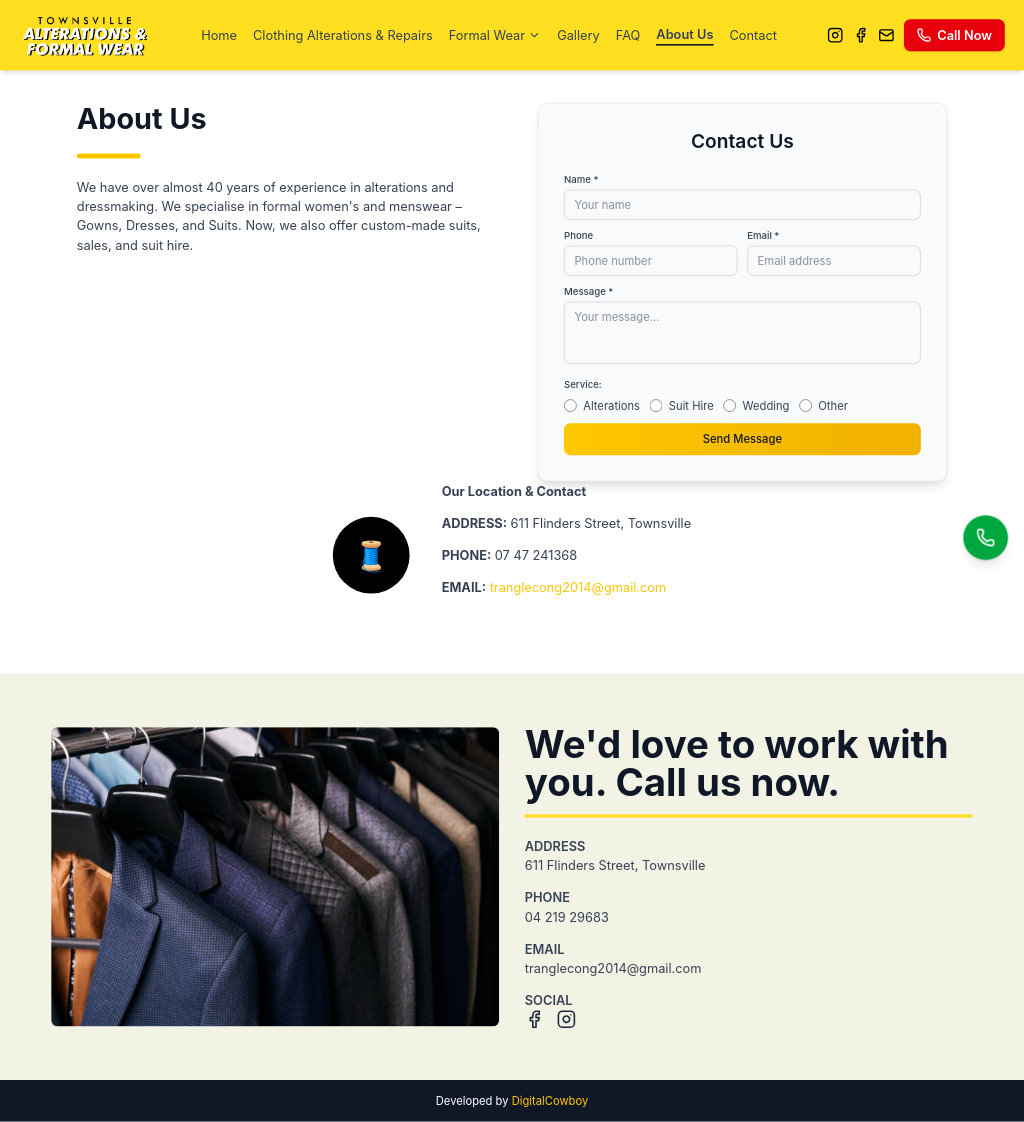
Repository: tarekhasan1/townsville-alteration
Page: /about-us
An editor plug-in stored every save of this project. The page is shown before and after the next save, followed by the edit.
The browser window is 1280 px wide. The pictures show the whole page, at 80% of full size.
The page's requests for data from a server got no answer. The project was rebuilt for these pictures with package versions that can differ from the ones it lists, and the page was loaded fresh each time. The framework's server and built-in components were replaced by stand-ins that run in the browser. No one was signed in, and anything a server would have sent is missing. Also part of the build but not shown: next.config.ts.

Above is the page before, as saved 2026-01-31 16:00:43.

After the next save:
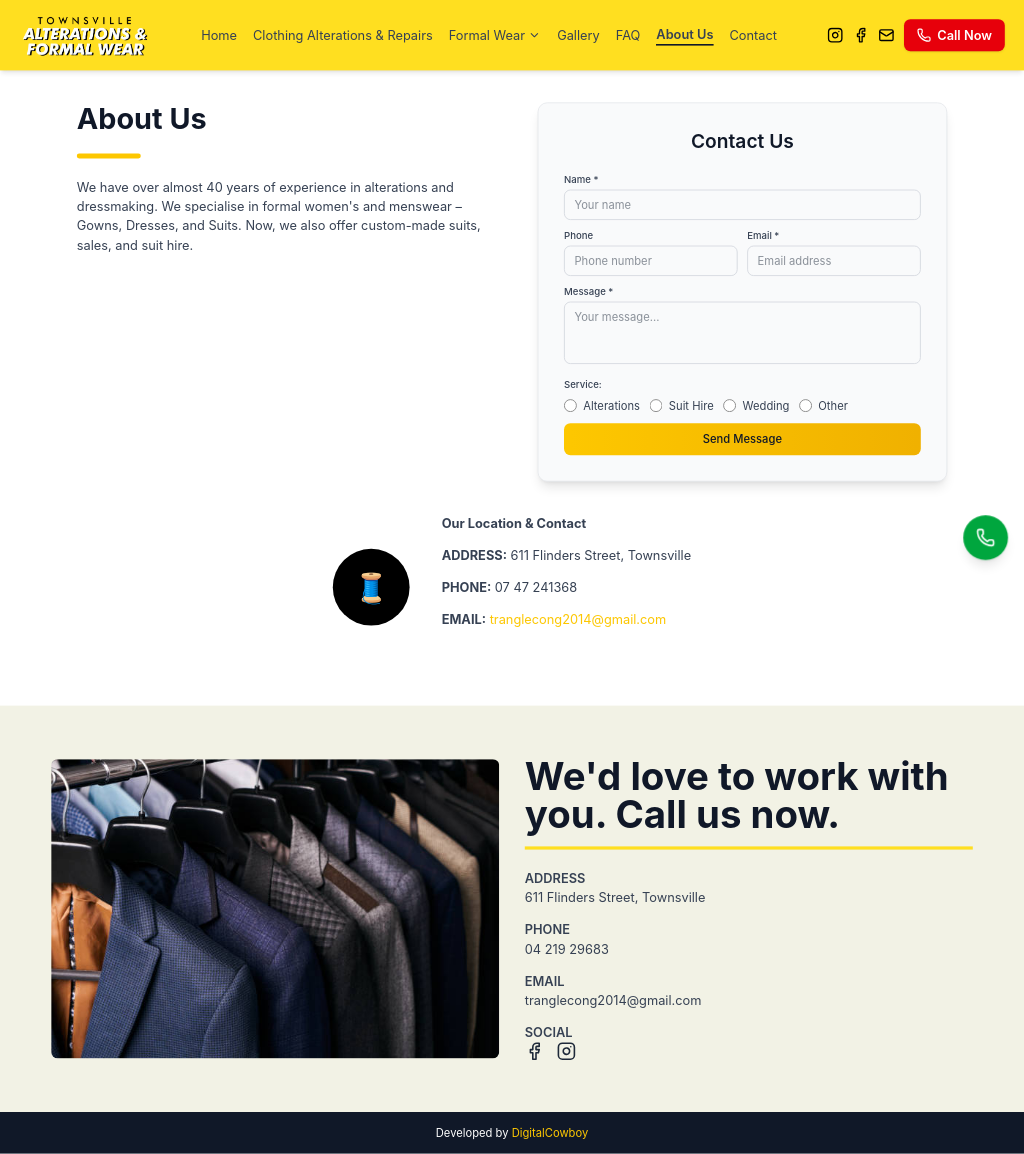
Saved 21 s later.
--- a/src/components/AboutUsSection.tsx
+++ b/src/components/AboutUsSection.tsx
@@ -7,7 +7,7 @@ export default function AboutUsSection() {
     return (
         <section className="bg-white py-12 px-6 md:px-12 lg:px-24 text-gray-800">
             <div className="max-w-7xl mx-auto">
-                <div className="flex flex-col lg:flex-row gap-10 lg:gap-16 items-start">
+                <div className="flex flex-col lg:flex-row gap-10 lg:gap-16 items-start mb-10">
                     {/* Left Column - About Us Content */}
                     <div className="lg:w-1/2">
                         <div className="text-center lg:text-left">
